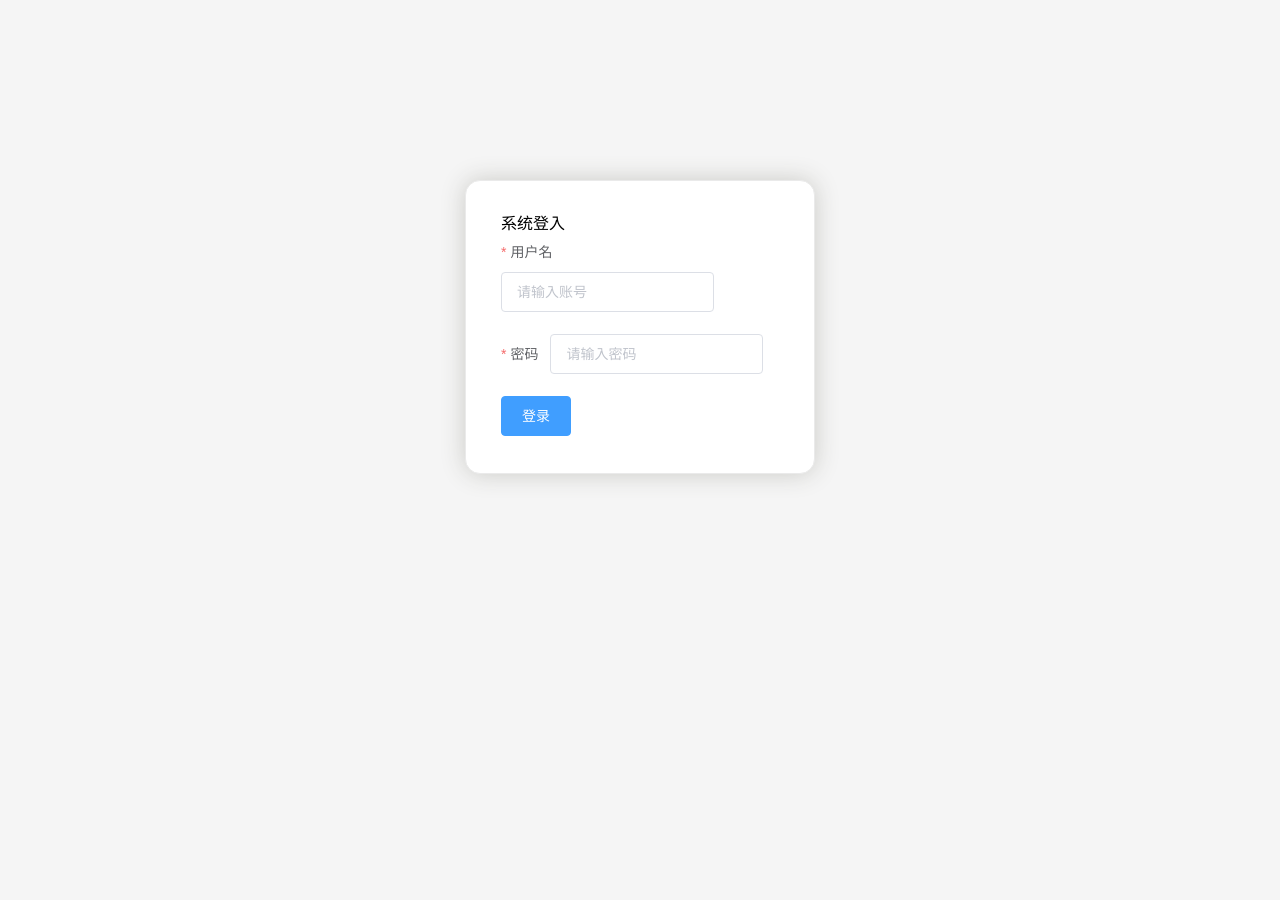
Repository: wangtao20230308/-
Page: /login
These files come from the project's save history. The page is drawn as it stood at one moment and after the next save; the edit follows.
The browser window is 1280 px wide. The pictures show the whole page.
The project was rebuilt for these pictures with package versions that can differ from the ones it lists, and the page was loaded fresh each time. Also part of the build but not shown: src/components/CommonAside.vue, src/components/CommonHeader.vue, src/components/commonTag.vue, src/views/Main.vue, src/utils/requst.js, src/api/index.js, src/views/Home.vue, src/views/User.vue and 3 more.

Above is the page before, as saved 2023-03-27 14:55:45.

After the next save:
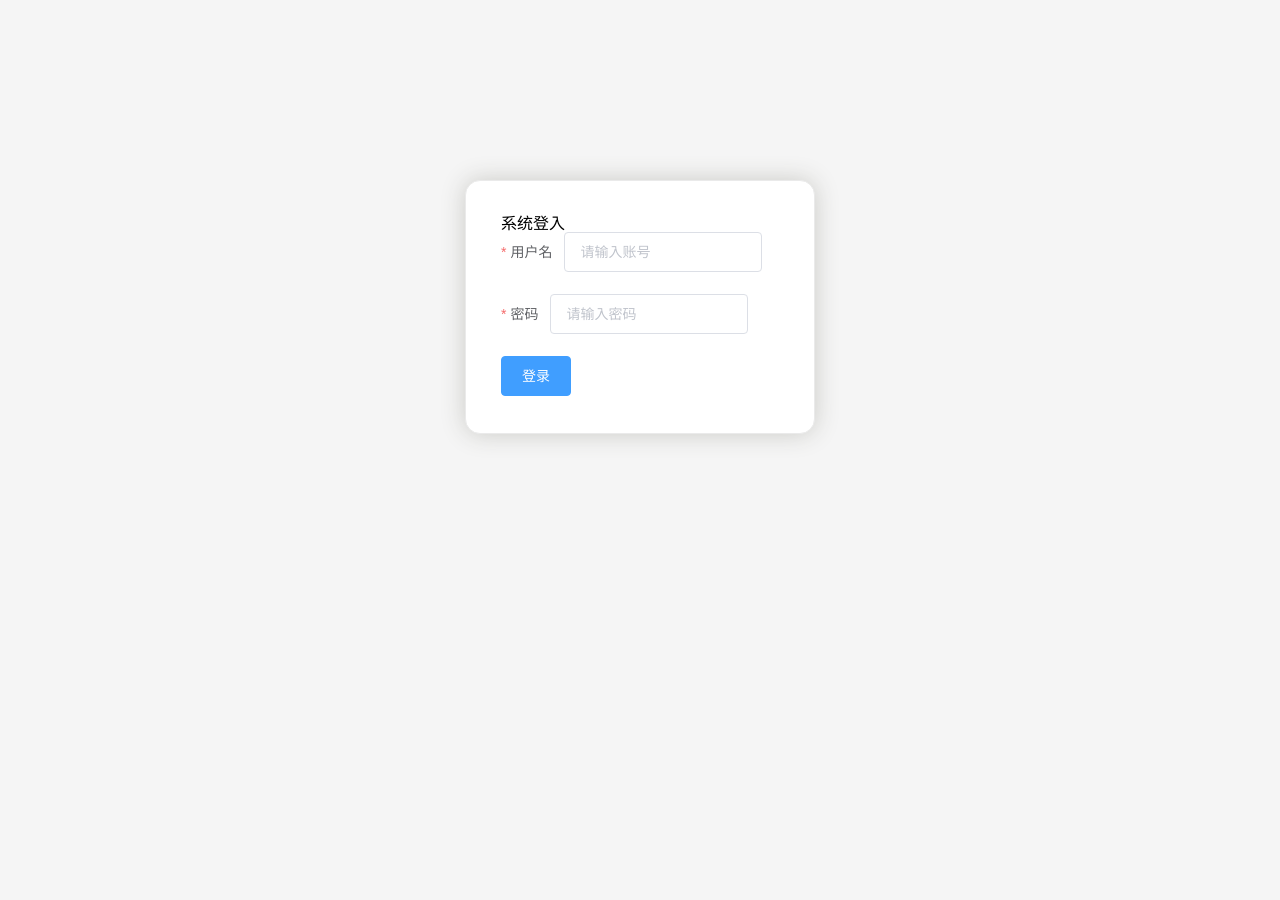
Saved 57 s later.
--- a/src/views/Login.vue
+++ b/src/views/Login.vue
@@ -42,5 +42,8 @@ export default {
   box-shadow: 0 0 25px #cacac6;
   padding: 35px 35px 15px 35px;
   box-sizing: border-box;
+  .el-input {
+    width: 198px;
+  }
 }
 </style>
